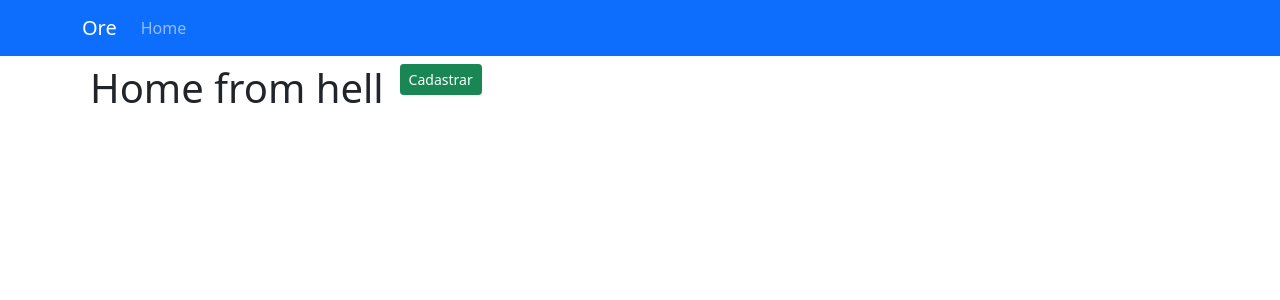
Repository: thf4/React-Front
Page: /
The author's editor kept a copy of each file at every save. The page is drawn from the files as they stood at one save, then again after the next save.
The browser window is 1280 px wide. The pictures show the whole page.
The project was rebuilt for these pictures with package versions that can differ from the ones it lists, and the page was loaded fresh each time. Also part of the build but not shown: src/pages/Vizualizar/index.js, src/pages/Cadastrar/index.js, src/pages/Editar/index.js.

Above is the page before, as saved 2021-05-07 09:17:59.

After the next save:
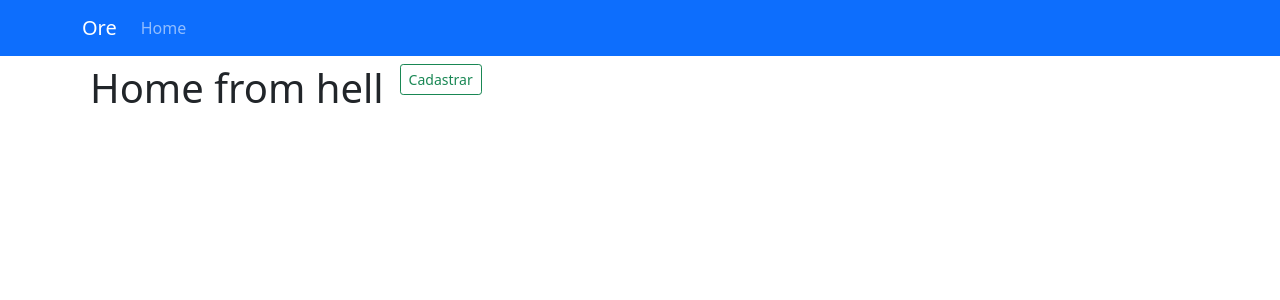
Saved 23 s later.
--- a/src/pages/Home/index.js
+++ b/src/pages/Home/index.js
@@ -9,7 +9,7 @@ export const Home = () => {
             <h1> Home from hell </h1>
           </div>
           <div className="p-2">
-            <a href="/cadastrar" className="btn btn-success btn-sm btn-outline">Cadastrar</a>
+            <a href="/cadastrar" className="btn btn-outline-success btn-sm">Cadastrar</a>
           </div>
         </div>
       </Container>
